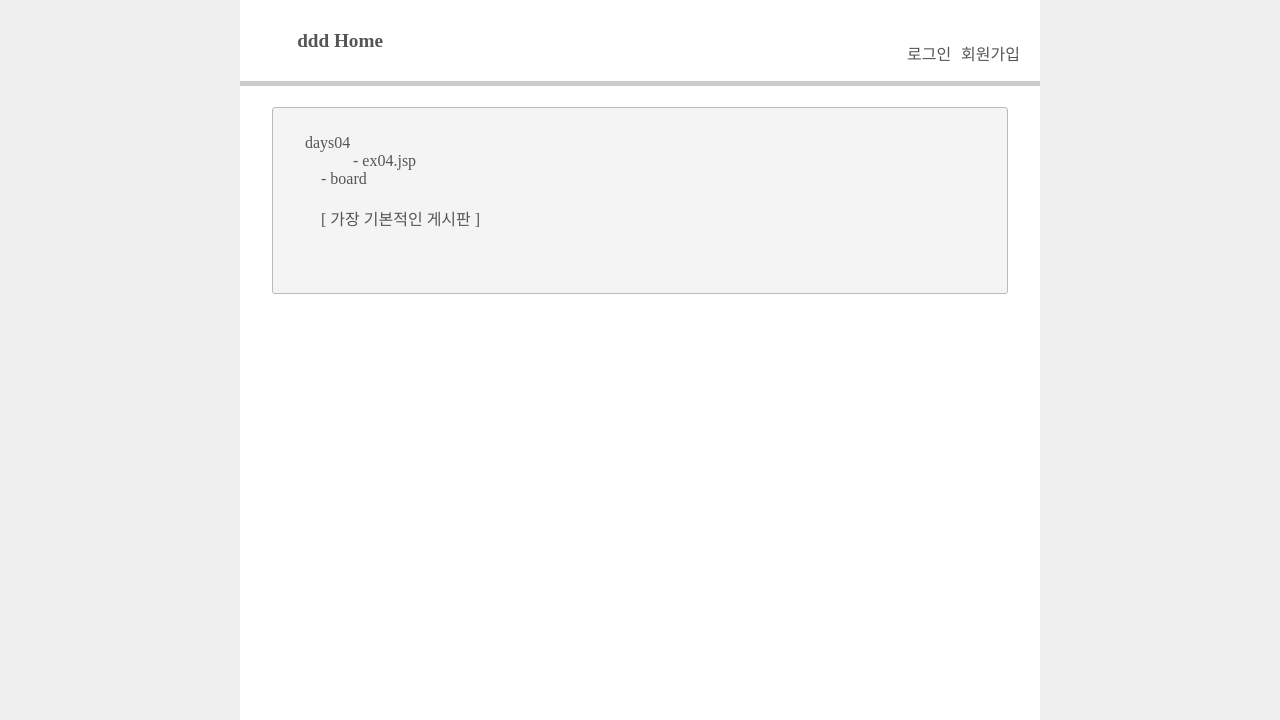
Repository: Deneb0000/JSP
Page: http://localhost/jspPro/days04/ex04.jsp
These files come from the project's save history. The page is drawn as it stood at one moment and after the next save; the edit follows.
The browser window is 1280 px wide. The pictures show the whole page.
Some web fonts or font styles are not loaded; a fallback is used. The page is served by Tomcat 9. Other server files are loaded and not shown.

Above is the page before, as saved 2024-10-18 06:38:57.

### jspPro/src/main/webapp/days04/ex04.jsp
<%@ page contentType="text/html; charset=UTF-8" pageEncoding="UTF-8"%>
<%@ taglib prefix="c" uri="http://java.sun.com/jsp/jstl/core" %>
<!DOCTYPE html>
<html>
<head>
<meta charset="UTF-8">
<title>Insert title here</title>
<link rel="shortcut icon" type="image/x-icon" href="http://localhost/jspPro/images/SiSt.ico">
<script src="https://ajax.googleapis.com/ajax/libs/jquery/3.7.1/jquery.min.js"></script>
<meta name="viewport" content="width=device-width, initial-scale=1.0">
<meta name="google" content="notranslate">
<link rel="stylesheet" href="http://localhost/jspPro/resources/cdn-main/example.css">
<script src="http://localhost/jspPro/resources/cdn-main/example.js"></script>
<style>
 span.material-symbols-outlined{
    vertical-align: text-bottom;
 }
</style>
</head>
<body>
<header>
  <h1 class="main"><a href="#" style="position: absolute;top:30px;">ddd Home</a></h1>
  <ul>
    <li><a href="#">로그인</a></li>
    <li><a href="#">회원가입</a></li>
  </ul>
</header>
<div>
  <xmp class="code">
    days04
		- ex04.jsp
    	- board

   	[ 가장 기본적인 게시판 ]


  </xmp>
</div>
</body>
</html>

### jspPro/src/main/webapp/resources/cdn-main/example.css
@charset "UTF-8";

@import url('https://fonts.googleapis.com/css2?family=Material+Symbols+Outlined:opsz,wght,FILL,GRAD@20..48,100..700,0..1,-50..200');

@font-face {
    font-family: 'GmarketSansMedium';
    src: url('https://cdn.jsdelivr.net/gh/projectnoonnu/noonfonts_2001@1.1/GmarketSansMedium.woff') format('woff');
    font-weight: normal;
    font-style: normal;
}

:root {
	--text-color: #555;
	--sub-text-color: #777;
	--back-color: #EFEFEF;
	--header-color: #444;
	--primary-color: #DEDEDE;
	--secondary-color: #EFEFEF;
	--default-width: 800px;
	--narrow-width: 500px;
	--wide-width: 1200px;
	--text-font: 'GmarketSansMedium';
	--icon-font: 'Material Symbols Outlined';
	--border-color: #CCC;
}

html, body {
	margin: 0;
	padding: 0;
}

html {
	background-color: var(--back-color);
	display: flex;
	justify-content: center;
	min-height: 100vh;
}

body, body.default {
	width: var(--default-width);
	background-color: white;
	padding-bottom: 120px;
}

body.wide {
	width: var(--wide-width);
}

body.narrow {
	width: var(--narrow-width);
}



body, p, div, span, a, input, select, option, textarea, button, table, th, td, label, fieldset, legend {
	font-family: var(--text-font);
	color: var(--text-color);
}

h1, h2, h3 {
	font-family: var(--text-font);
	color: var(--header-color);
	padding: 0 1rem;
	padding-top: .5rem;
}

div > h1, div > h2, div > h3 {
	padding: 0;
}

body > div, body > main > div {
	padding: 0.3rem 1rem;
}


h1 { font-size: 2rem; border-bottom: 1px solid var(--border-color); }
h1 small { font-size: 1.2rem; color: var(--sub-text-color); }
h2 { font-size: 1.5rem; border-bottom: 1px dashed var(--border-color); }
h2 small { font-size: 1.1rem; color: --sub-text-color; }
h3 { font-size: 1.2rem; }
h3 small { font-size: 1rem; color: --sub-text-color; }



h1.main::before {
	font-family: var(--icon-font);
  	content: '\e666';
  	margin-right: 10px;
  	float: left;
	font-size: 2.5rem;
}

h1.sub::before {
	font-family: var(--icon-font);
  	content: '\ea19';
  	margin-right: 10px;
  	float: left;
	font-size: 2.5rem;
}


h1.page::before {
	font-family: var(--icon-font);
  	content: '\e0e0';
  	margin-right: 10px;
  	float: left;
	font-size: 2.5rem;
}

body > header > ul > li > .active{
	background-color: #FFF;
	color:#F00;
}

body > header {
	display: flex;
	justify-content: space-between;
	border-bottom: 5px solid var(--border-color);
	min-height: 74px;
	background-color: #FFF;
}

body > header.sticky {
	position: sticky;
	top: 0;
	z-index: 98;
}

body > header > h1 {
	font-size: 1.2rem;
	border: 0;
}

body > header.in > h1::before {
	font-family: var(--icon-font);
  	content: '\e332‥';
  	margin-right: 3px;
  	float: left;
	font-size: 2rem;
}


body > header > ul {
	list-style-type: none;
	display: flex;
	align-items: flex-end;
	margin-right: 10px;
}

body > header > ul > li {
	margin-right: 10px;
	cursor: pointer;
}

body > header > ul > li > a {
	cursor: pointer;
}


form {
	display: block;
}

form > div {
	padding: 0.3rem 1rem;
}

div > form > div {
	padding: 0.3rem 0;
}

input, textarea, button, select {
	border: 1px solid #BBB;
	border-radius: 3px;
	outline: none;
	resize: none;
	padding: 7px;
	margin: 0;
}

input[type=text]:read-only, textarea:read-only {
	cursor: not-allowed;
	background-color: #FFF;
}

input[type=text]:disabled, textarea:disabled {
	cursor: not-allowed;
	background-color: #EEE;
}

input[type=text], input[type=password], textarea, button, select {
	/* width: 300px; */
}

textarea {
	display: block;
	height: 100px;
}

input[type=button], input[type=submit], button {
	/* width: inherit; */
}

input.short, textarea.short, button.short, select.short {
	width: 100px;
}

input.long, textarea.long, button.long, select.long {
	width: 350px;
}

.narrow input.long, .narrow textarea.long, .narrow button.long, .narrow select.long {
	width: calc(100% - 20px);
}

input.full, textarea.full, button.full, select.full {
	width: calc(100% - 20px);
}

textarea.short {
	height: 50px;
}

textarea.long {
	height: 100px;
}

textarea.full {
	height: 200px;
}

input, textarea {
	padding-top: 8px;
}

input[type=button], input[type=submit], button {
	padding: 5px 10px;
	background-color: var(--secondary-color);
	cursor: pointer;
	min-height: 36px;
}

input[type=button].primary, input[type=submit].primary, button.primary {
	/* background-color: rgba(100, 149, 237, .2); */
	background-color: var(--primary-color);
}

input[type=button].primary:hover, input[type=submit].primary:hover, button.primary:hover {
	/* background-color: rgba(100, 149, 237, .3); */
	background-color: var(--secondary-color);
}

input[type=button]:hover, input[type=submit]:hover, button:hover {
	background-color: var(--primary-color);
}

button {
	position: relative;
	left: 0;
	top: 0;
	padding-left: 35px;
}

button .material-symbols-outlined {
	position: absolute;
	left: 10px;
	top: 4px;
}

/* k2nik add */
button.login::before {
	font-family: var(--icon-font);
  	content: '\ea77';
	position: absolute;
	left: 11px;
	top: 4px;
	font-size: 1.25rem;
}

/* k2nik logout */
button.logout::before {
	font-family: var(--icon-font);
  	content: '\e9ba';
	position: absolute;
	left: 11px;
	top: 4px;
	font-size: 1.25rem;
}

/* k2nik help */
button.help::before {
	font-family: var(--icon-font);
  	content: '\f1c0';
	position: absolute;
	left: 11px;
	top: 4px;
	font-size: 1.25rem;
}

button.add::before{
	font-family: var(--icon-font);
  	content: '\e746';
	position: absolute;
	left: 11px;
	top: 4px;
	font-size: 1.25rem;
}

button.back::before {
	font-family: var(--icon-font);
  	content: '\e166';
	position: absolute;
	left: 11px;
	top: 4px;
	font-size: 1.25rem;
}

button.list::before {
	font-family: var(--icon-font);
  	content: '\e0ee';
	position: absolute;
	left: 11px;
	top: 4px;
	font-size: 1.25rem;
}


button.del::before {
	font-family: var(--icon-font);
  	content: '\e872';
	position: absolute;
	left: 11px;
	top: 4px;
	font-size: 1.25rem;
}


button.edit::before {
	font-family: var(--icon-font);
  	content: '\e745';
	position: absolute;
	left: 11px;
	top: 4px;
	font-size: 1.25rem;
}


button.login::before {
	font-family: var(--icon-font);
  	content: '\ea77';
	position: absolute;
	left: 11px;
	top: 4px;
	font-size: 1.25rem;
}


button.logout::before {
	font-family: var(--icon-font);
  	content: '\e9ba';
	position: absolute;
	left: 11px;
	top: 4px;
	font-size: 1.25rem;
}


button.in::before {
	font-family: var(--icon-font);
  	content: '\f71a';
	position: absolute;
	left: 11px;
	top: 4px;
	font-size: 1.25rem;
}


button.out::before {
	font-family: var(--icon-font);
  	content: '\f70e';
	position: absolute;
	left: 11px;
	top: 4px;
	font-size: 1.25rem;
}


button.reply::before {
	font-family: var(--icon-font);
  	content: '\e15e';
	position: absolute;
	left: 11px;
	top: 4px;
	font-size: 1.25rem;
}


button.comment::before {
	font-family: var(--icon-font);
  	content: '\e0b9';
	position: absolute;
	left: 11px;
	top: 4px;
	font-size: 1.25rem;
}


button.modal::before {
	font-family: var(--icon-font);
  	content: '\e89e';
	position: absolute;
	left: 11px;
	top: 4px;
	font-size: 1.25rem;
}


button.ok::before {
	font-family: var(--icon-font);
  	content: '\e86c';
	position: absolute;
	left: 11px;
	top: 4px;
	font-size: 1.25rem;
}


button.cancel::before {
	font-family: var(--icon-font);
  	content: '\e5c9';
	position: absolute;
	left: 11px;
	top: 4px;
	font-size: 1.25rem;
}

button.search::before {
	font-family: var(--icon-font);
  	content: '\e8b6';
	position: absolute;
	left: 11px;
	top: 4px;
	font-size: 1.25rem;
}

button.home::before {
	font-family: var(--icon-font);
  	content: '\e88a';
	position: absolute;
	left: 11px;
	top: 4px;
	font-size: 1.25rem;
}


button.sidebar::before {
	font-family: var(--icon-font);
  	content: '\f7e4';
	position: absolute;
	left: 11px;
	top: 4px;
	font-size: 1.25rem;
}


button.sidebar-right::before {
	font-family: var(--icon-font);
  	content: '\f7e5';
	position: absolute;
	left: 11px;
	top: 4px;
	font-size: 1.25rem;
}




button::before {
	font-family: var(--icon-font);
  	content: '\e323';
	position: absolute;
	left: 11px;
	top: 4px;
	font-size: 1.25rem;
}


table {
	border-collapse: collapse;
	margin: 1rem;
	box-sizing: border-box;
	width: calc(100% - 32px);
}

table.content {
	width: auto;
}

div > table {
	margin: 0;
}

table th, table td {
	border: 1px solid var(--border-color);
	padding: 7px;
	font-weight: normal;
}

table th {
	background-color: var(--back-color);
}

table.vertical th {
	width: 150px;
}

table.vertical td {
	width: calc(100% - 182px);
	padding-left: 10px;
}

table.content td, table.content th {
	width: auto;
}

body.narrow table.vertical th {
	width: 100px;
}

body.narrow table.vertical td {
	width: calc(100% - 182px);
}


table + table {
	margin-top: 30px;
}


p {
	padding: 0 1rem;
}

a {
	text-decoration: none;
}

a:hover {
	color: rgba(255, 99, 71, .7);
}

hr {
	border: 0;
	border-top: 1px solid var(--border-color);
	margin: 2rem 0;
}

.message {
	border: 1px solid var(--border-color);
	background-color: #EFEFEF;
	margin: 1rem;
	width: auto;
	padding-top: 10px;
	padding-bottom: 10px;
	font-size: 14px;
}

.message[title]::before {
	content: attr(title);
	display: block;
	border-bottom: 1px solid var(--border-color);
	padding-bottom: 5px;
	margin-bottom: 10px;
	margin-top: 7px;
}

.message.short {
	max-width: 250px;
}

.message.long {
	max-width: 500px;
}

.badge {
	float: right;
	font-size: .8rem;
	margin-top: 2px;
	margin-right: 2px;
	text-shadow: 0 0 7px gray;
}

.badge.left {
	float: none;
	margin-left: 2px;
}

.badge.right {
	float: right;
}

.badge.red {
	border-radius: 50%;
	padding: 2px 5px;
	background-color: rgb(255, 99, 71, .3);
}

.badge.yellow {

	border-radius: 50%;
	padding: 2px 5px;
	background-color: rgb(255, 215, 0, .5);
}

.badge.blue {
	border-radius: 50%;
	padding: 2px 5px;
	background-color: rgb(100, 149, 237, .3);
}

label + label {
	margin-left: 7px;
}

label input[type=checkbox], label input[type=radio] {
	transform: translate(0, 1px);
}

.group {
	display: flex;
}

.modal-content .group {
	margin-bottom: .5rem;
}

.group label {
	border: 1px solid #BBB;
	border-radius: 3px;
	outline: none;
	resize: none;
	padding: 7px 14px;
	margin: 0;
	border-top-right-radius: 0;
	border-bottom-right-radius: 0;
	background-color: #EFEFEF;
	white-space: nowrap;
	font-size: 14px;
}

.group input[type=text] {
	margin-left: -1px;
	border-top-left-radius: 0;
	border-bottom-left-radius: 0;
}

.group select {
	margin-left: -1px;
	border-top-left-radius: 0;
	border-bottom-left-radius: 0;
}

.group input.full[type=text] {
	margin-left: -1px;
	border-top-left-radius: 0;
	border-bottom-left-radius: 0;
	width: 100%;
}

.group input[type=button]:first-child, .group button:first-child {
	border-top-left-radius: 3px;
	border-bottom-left-radius: 3px;
	margin-left: 0px;
}

.group input[type=button], .group button {
	border-radius: 0;
	margin-left: -1px;
}

.group input[type=button]:last-child, .group button:last-child {
	margin-left: -1px;
	border-top-right-radius: 3px;
	border-bottom-right-radius: 3px;
}

.seperate {
	display: flex;
	justify-content: space-between;
}

div.list {
	width: max-content;
	margin: 1rem;
	border: 1px solid #BBB;
	border-radius: 3px;
	padding: 0;
}

div.list.full {
	width: auto;
	display: block;
	margin: 1rem;
	border: 1px solid #BBB;
	border-radius: 3px;
	padding: 0;
}

div.list > div {
	padding: .5rem 1rem;
	margin: 0;
	border-bottom: 1px solid #BBB;
}

div.list > div:last-child {
	border-bottom: 0;
}

pre.code , xmp.code{
	font-family: consols;
	background-color: rgba(150, 150, 150, .1);
	border: 1px solid #BBB;
	border-radius: 3px;
	padding: .5rem 1rem;
	padding-bottom: .6rem;
	margin: 1rem;
}




*[data-modal-window] {
	position: fixed;
	background-color: rgba(0, 0, 0, .3);
	left: 0;
	top: 0;
	display: none;
	justify-content: center;
	align-items: flex-start;
	width: 100%;
	min-height: 100vh;
	z-index: 100;
	opacity: 0;
	transition: 500ms all;
}

*[data-modal-window] .modal-container {
	border-radius: 5px;
	padding: 1rem;
	padding-bottom: .5rem;
	margin-top: -500px;
	opacity: 0;
	width: 500px;
	background-color: #FFF;
	margin-right: 2rem;
	transition: 500ms all;
}

*[data-modal-size=content] .modal-container {
	width: auto;
}

*[data-modal-size=narrow] .modal-container {
	width: 300px;
}

*[data-modal-size=wide] .modal-container {
	width: 760px;
}


*[data-modal-window] .modal-header {
	border-bottom: 1px solid var(--border-color);
	padding: 2px 5px;
}

*[data-modal-window] .modal-content {
	padding: 1rem 5px;
}

*[data-modal-window] .modal-content div:last-child {
	margin-top: 1rem;
	text-align: right;
}



*[data-sidebar-window] {
	position: fixed;
	background-color: #FFF;
	left: 0;
	top: 0;
	display: block;
	width: 300px;
	border-right: 1px solid var(--border-color);
	box-sizing: border-box;
	box-shadow: 0 0 3px var(--back-color);
	min-height: 100vh;
	z-index: 99;
	transform: translate(-300px, 0);
	transition-duration: 500ms;
	transition-property: transform;
}

*[data-sidebar-direction=right] {
	left: auto;
	right: 0;
	transform: translate(300px, 0);
	border-left: 1px solid var(--border-color);
}

*[data-sidebar-size=wide] {
	width: 500px;
	transform: translate(-500px, 0);
}

*[data-sidebar-window] .sidebar-title {
	border-bottom: 1px solid var(--border-color);
	margin-top: 20px;
	margin-bottom: 20px;
	padding-bottom: 5px;
	display: flex;
	justify-content: space-between;
}

*[data-sidebar-window] .sidebar-title span:last-child {
	cursor: pointer;
}


/* K2Nik pagination */
.center {
  text-align: center;
}

.pagination {
  display: inline-block;
}

.pagination a {
  color: black;
  float: left;
  padding: 3px 6px;
  text-decoration: none;
  transition: background-color .3s;
  border: 1px solid #ddd;
  margin: 0 3px;
}

.pagination a.active {
  background-color: #4CAF50;
  color: white;
  border: 1px solid #4CAF50;
}

.pagination a:hover:not(.active) {background-color: #ddd;}

### jspPro/src/main/webapp/resources/cdn-main/example.js

window.onload = () => {

    const list = document.querySelectorAll('input, textarea');

    list.forEach(item => {
        item.setAttribute('autocomplete', 'off');
    });


    const modal_btn_list = document.querySelectorAll('*[data-modal-button]');

    modal_btn_list.forEach(item => {
        item.onclick = function() {

            const name = this.dataset['modalButton'];
            const modal_window = document.querySelector('*[data-modal-window=' + name);

            const container = document.createElement('div');
            container.className = 'modal-container';



            const modal_header = document.createElement('div');
            modal_header.textContent = modal_window.dataset['modalTitle'];
            modal_header.className = 'modal-header';
            container.appendChild(modal_header);

            const modal_content = document.createElement('div');
            modal_content.className = 'modal-content';
            container.appendChild(modal_content);

            Array.from(modal_window.childNodes).forEach(item => {
                modal_content.appendChild(item);
            });

            modal_window.appendChild(container);

            modal_window.style.display = 'flex';

            setTimeout(() => {
                modal_window.style.opacity = 1;
                container.style.marginTop = '20px';
                container.style.opacity = 1;
            }, 50);


            const modal_ok = document.querySelector('*[data-modal-ok=' + name);
            modal_ok.addEventListener('click', function() {
                modal_window.style.opacity = 0;
                container.style.marginTop = '-500px';
                container.style.opacity = 0;

                setTimeout(() => {
                    modal_window.innerHTML = modal_content.innerHTML;
                    modal_window.style.display = 'none';
                }, 500);

            });

            const modal_cancel = document.querySelector('*[data-modal-cancel=' + name);
            modal_cancel.addEventListener('click', function() {

                modal_window.style.opacity = 0;
                container.style.marginTop = '-500px';
                container.style.opacity = 0;

                setTimeout(() => {
                    modal_window.innerHTML = modal_content.innerHTML;
                    modal_window.style.display = 'none';
                }, 500);
            });


        };
    });


    const sidebar_btn_list = document.querySelectorAll('*[data-sidebar-button]');

    sidebar_btn_list.forEach(item => {
        item.onclick = function() {



            const name = this.dataset['sidebarButton'];
            const sidebar_window = document.querySelector('*[data-sidebar-window=' + name);

            if (sidebar_window.style.transform == 'translate(0px, 0px)') return;



            sidebar_window.style.transform = 'translate(0, 0)';

            const sidebar_title = document.createElement('div');
            sidebar_title.className = 'sidebar-title';
            sidebar_title.innerHTML = '<span>' + sidebar_window.dataset['sidebarTitle'] + '</span><span class="material-symbols-outlined">close</span>';

            sidebar_title.children[1].onclick = function() {

                let sign = 1;
                let distance = 300;

                if (sidebar_window.dataset['sidebarDirection'] != 'right') {
                    sign = -1;
                } else {
                    sign = 1;
                }

                if (sidebar_window.dataset['sidebarSize'] != 'wide') {
                    distance = 300;
                } else {
                    distance = 500;
                }

                distance *= sign;

                sidebar_window.style.transform = 'translate(' + distance + 'px, 0)';

                setTimeout(function() {
                    sidebar_window.removeChild(sidebar_window.children[0]);
                }, 500);
            };


            sidebar_window.prepend(sidebar_title);

        }
    });

};

// window.onkeydown = function(event) {

//     if (event.keyCode == 27) {
//         if (document.querySelector('[data-modal-window').style.display == 'flex') {
//             document.querySelector('[data-modal-window').style.display = 'none';
//         }
//     }

// };

After the next save:
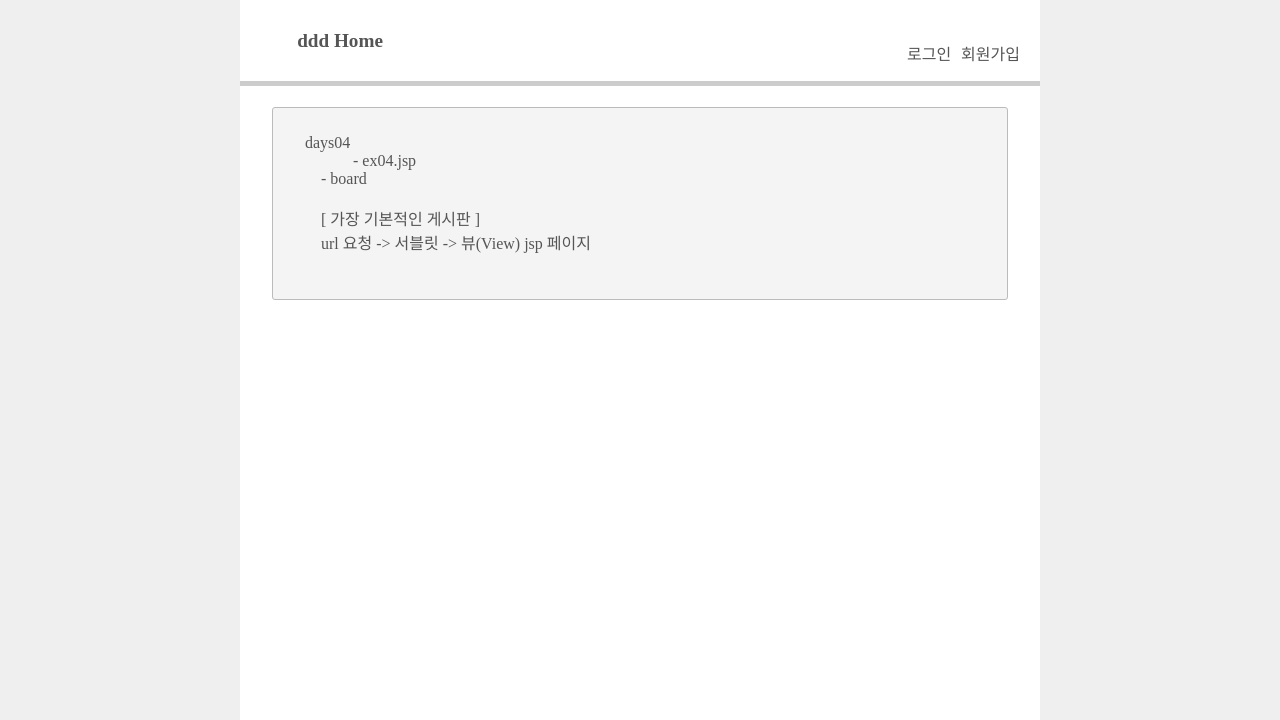
Saved 44 s later.
--- a/jspPro/src/main/webapp/days04/ex04.jsp
+++ b/jspPro/src/main/webapp/days04/ex04.jsp
@@ -32,7 +32,7 @@
     	- board
 
    	[ 가장 기본적인 게시판 ]
-
+   	url 요청 -> 서블릿 -> 뷰(View) jsp 페이지
 
   </xmp>
 </div>
